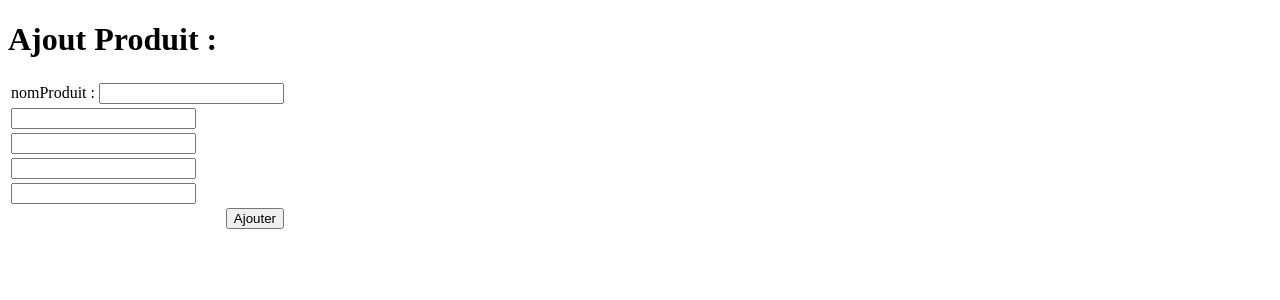
Repository: EBusinesss/Ebusiness
Page: http://localhost/EcomWEB/
The author's editor kept a copy of each file at every save. The page is drawn from the files as they stood at one save, then again after the next save.
The browser window is 1280 px wide. The pictures show the whole page.
The page is served by Tomcat 9. Nobody is signed in. The application's start-up code is not run. Other server files are loaded and not shown.

Above is the page before, as saved 2014-12-06 21:37:12.

### Workspace/EcomWEB/WebContent/index.jsp
<%@ page language="java" contentType="text/html; charset=ISO-8859-1"
    pageEncoding="ISO-8859-1"%>
<!DOCTYPE html PUBLIC "-//W3C//DTD HTML 4.01 Transitional//EN" "http://www.w3.org/TR/html4/loose.dtd">
<html>
<head>
<meta http-equiv="Content-Type" content="text/html; charset=ISO-8859-1">
<title>Insert title here</title>
</head>
<body>
		<h1>Ajout Produit :</h1>
		<form action="AddProductServlet" method="post">
		<table>
			<tr><td> nomProduit : <input type="text" name="nomProduit" width="25"></td></tr>
			<tr><td><input type="text" name="descProduit" width="25"></td></tr>
			<tr><td><input type="text" name="imgProduit" width="25"></td></tr>
			<tr><td><input type="text" name="prixProduit" width="25"></td></tr>
			<tr><td><input type="text" name="quantiteProduit" width="25"></td></tr>
			<tr>
				<td align="right" colspan="3">
					<button name="submit" type="submit">Ajouter</button>
				</td>
			</tr>
		</table>
		</form>

</body>
</html>

After the next save:
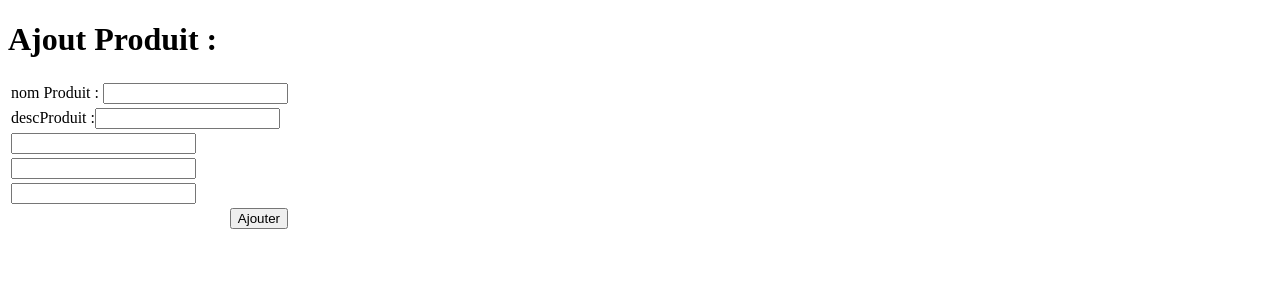
Saved 30 s later.
--- a/Workspace/EcomWEB/WebContent/index.jsp
+++ b/Workspace/EcomWEB/WebContent/index.jsp
@@ -10,8 +10,8 @@
 		<h1>Ajout Produit :</h1>
 		<form action="AddProductServlet" method="post">
 		<table>
-			<tr><td> nomProduit : <input type="text" name="nomProduit" width="25"></td></tr>
-			<tr><td><input type="text" name="descProduit" width="25"></td></tr>
+			<tr><td> nom Produit 	: <input type="text" name="nomProduit" width="25"></td></tr>
+			<tr><td> descProduit 	:<input type="text" name="descProduit" width="25"></td></tr>
 			<tr><td><input type="text" name="imgProduit" width="25"></td></tr>
 			<tr><td><input type="text" name="prixProduit" width="25"></td></tr>
 			<tr><td><input type="text" name="quantiteProduit" width="25"></td></tr>
